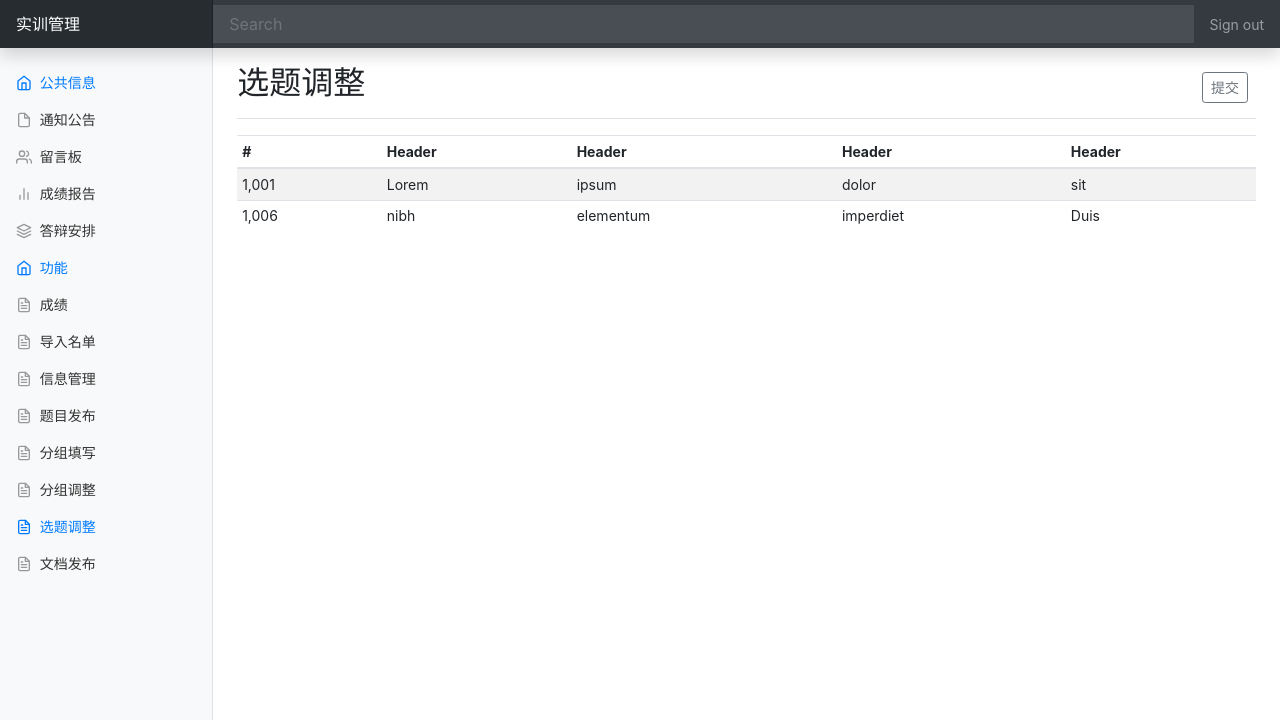
Repository: Kong-T/Practical-training
Page: Administrator/html/Ad_teacher_info.html
These files come from the project's save history. The page is drawn as it stood at one moment and after the next save; the edit follows.
The browser window is 1280 px wide. The pictures show the whole page.
The page's requests for data from a server got no answer. Some web libraries are served in a nearby version.

Above is the page before, as saved 2020-12-14 16:09:39.
Console error: TypeError: Cannot read properties of null (reading 'length')

### Administrator/html/Ad_teacher_info.html
<!doctype html>
<html lang="en">

<head>
  <meta charset="utf-8">
  <meta name="viewport" content="width=device-width, initial-scale=1, shrink-to-fit=no">
  <meta name="description" content="">
  <meta name="author" content="Mark Otto, Jacob Thornton, and Bootstrap contributors">
  <meta name="generator" content="Jekyll v4.0.1">
  <title> Ad_教师信息</title>

  <link rel="canonical" href="https://getbootstrap.com/docs/4.5/examples/dashboard/">

  <!-- Bootstrap core CSS -->
  <link href="../../assets4.5/dist/css/bootstrap.css" rel="stylesheet">

  <style>
    .bd-placeholder-img {
      font-size: 1.125rem;
      text-anchor: middle;
      -webkit-user-select: none;
      -moz-user-select: none;
      -ms-user-select: none;
      user-select: none;
    }

    @media (min-width: 768px) {
      .bd-placeholder-img-lg {
        font-size: 3.5rem;
      }
    }
  </style>

  <!-- Custom styles for this template -->
  <link href="../css/dashboard.css" rel="stylesheet">
</head>

<body>
  <nav class="navbar navbar-dark sticky-top bg-dark flex-md-nowrap p-0 shadow">
    <a class="navbar-brand col-md-3 col-lg-2 mr-0 px-3" href="#">实训管理</a>
    <button class="navbar-toggler position-absolute d-md-none collapsed" type="button" data-toggle="collapse"
      data-target="#sidebarMenu" aria-controls="sidebarMenu" aria-expanded="false" aria-label="Toggle navigation">
      <span class="navbar-toggler-icon"></span>
    </button>
    <input class="form-control form-control-dark w-100" type="text" placeholder="Search" aria-label="Search">
    <ul class="navbar-nav px-3">
      <li class="nav-item text-nowrap">
        <a class="nav-link" href="#">Sign out</a>
      </li>
    </ul>
  </nav>


  <div class="container-fluid">
    <div class="row">
      <nav id="sidebarMenu" class="col-md-3 col-lg-2 d-md-block bg-light sidebar collapse">
        <div class="sidebar-sticky pt-3">
          <ul class="nav flex-column">
            <li class="nav-item">
              <a class="nav-link active" href="#">
                <span data-feather="home"></span>
                公共信息 <span class="sr-only">(current)</span>
              </a>
            </li>
            <li class="nav-item">
              <a class="nav-link" href="#">
                <span data-feather="file"></span>
                通知公告
              </a>
            </li>

            <li class="nav-item">
              <a class="nav-link" href="#">
                <span data-feather="users"></span>
                留言板
              </a>
            </li>
            <li class="nav-item">
              <a class="nav-link" href="#">
                <span data-feather="bar-chart-2"></span>
                成绩报告
              </a>
            </li>
            <li class="nav-item">
              <a class="nav-link" href="#">
                <span data-feather="layers"></span>
                答辩安排
              </a>
            </li>
          </ul>

          <a class="nav-link active" href="#">
            <span data-feather="home"></span>
            功能 <span class="sr-only">(current)</span>
          </a>
          <!-- <h6 class="sidebar-heading d-flex justify-content-between align-items-center px-3 mt-4 mb-1 text-muted">
          <span>功能</span> -->
          <!-- <a class="d-flex align-items-center text-muted" href="#" aria-label="Add a new report">
            <span data-feather="plus-circle"></span>
          </a> -->
          </h6>
          <ul class="nav flex-column mb-2">
            <li class="nav-item">
              <a class="nav-link" href="#">
                <span data-feather="file-text"></span>
                成绩
              </a>
            </li>
            <li class="nav-item">
              <a class="nav-link" href="#">
                <span data-feather="file-text"></span>
                导入名单
              </a>
            </li>
            <li class="nav-item">
              <a class="nav-link" href="#">
                <span data-feather="file-text"></span>
                信息管理
              </a>
            </li>
            <li class="nav-item">
              <a class="nav-link" href="#">
                <span data-feather="file-text"></span>
                题目发布
              </a>
            </li>
            <li class="nav-item">
              <a class="nav-link" href="#">
                <span data-feather="file-text"></span>
                分组填写
              </a>
            </li>
            <li class="nav-item">
              <a class="nav-link" href="#">
                <span data-feather="file-text"></span>
                分组调整
              </a>
            </li>
            <li class="nav-item">
              <a class="nav-link active" href="#">
                <span data-feather="file-text"></span>
                选题调整
              </a>
            </li>
            <li class="nav-item">
              <a class="nav-link" href="#">
                <span data-feather="file-text"></span>
                文档发布
              </a>
            </li>
          </ul>
        </div>
      </nav>

      <main role="main" class="col-md-9 ml-sm-auto col-lg-10 px-md-4">
 <div class="d-flex justify-content-between flex-wrap flex-md-nowrap align-items-center pt-3 pb-2 mb-3 border-bottom">
        <h1 class="h2">选题调整</h1>
        <div class="btn-toolbar mb-2 mb-md-0">
          <div class="btn-group mr-2">
            <button type="bustton" class="btn btn-sm btn-outline-secondary">提交</button>
            <!-- <button type="button" class="btn btn-sm btn-outline-secondary">Export</button> -->
          </div>
          <!-- <button type="button" class="btn btn-sm btn-outline-secondary dropdown-toggle">
            <span data-feather="calendar"></span>
            This week
          </button> -->
        </div>
      </div>

        <div class="table-responsive">
          <table class="table table-striped table-sm" id="tbody1">
            <thead>
              <tr>
                <th>#</th>
                <th>Header</th>
                <th>Header</th>
                <th>Header</th>
                <th>Header</th>
              </tr>
            </thead>
            <tbody>
              <tr>
                <td>1,001</td>
                <td>Lorem</td>
                <td>ipsum</td>
                <td>dolor</td>
                <td>sit</td>
              </tr>
              <tr>
                <td>1,006</td>
                <td>nibh</td>
                <td>elementum</td>
                <td>imperdiet</td>
                <td>Duis</td>
              </tr>


            </tbody>
          </table>
        </div>
      </main>
    </div>
  </div>
  <script src="https://cdn.bootcdn.net/ajax/libs/jquery/3.5.1/jquery.js"></script>
  <script src="https://code.jquery.com/jquery-3.5.1.slim.min.js"
    integrity="sha384-DfXdz2htPH0lsSSs5nCTpuj/zy4C+OGpamoFVy38MVBnE+IbbVYUew+OrCXaRkfj"
    crossorigin="anonymous"></script>
  <script>window.jQuery || document.write('<script src="../../assets4.5/js/vendor/jquery.slim.min.js"><\/script>')</script>
  <script src="../../assets4.5/dist/js/bootstrap.bundle.js"></script>
  <script src="https://cdnjs.cloudflare.com/ajax/libs/feather-icons/4.9.0/feather.min.js"></script>
  <script src="https://cdnjs.cloudflare.com/ajax/libs/Chart.js/2.7.3/Chart.min.js"></script>

  <script src="../js/dashboard.js"></script>

  <script type="text/javascript">
    var jq = jQuery.noConflict();

    window.onload = function () {
      // 请求后端数据
      $.ajax({
        url: "http://localhost:8080/Ad_topic",
        type: "post",
        data: name,
        success: function (data) {
          showData(data);//我们仅做数据展示
        },
        error: function (msg) {
          alert("ajax连接异常：" + msg);
          console.log("error");
        }
      })

      // 展示数据
      function showData(data) {
        var str = "<thead ><tr><th>编号</th><th>题目名称</th><th>选题简介</th><th>提交者</th><th>是否审核通过</th></tr></thead>";//定义用于拼接的字符串
        // console.log(data);
        window.length = data.Topic_title.length
        for (var i = 0; i < data.Topic_title.length; i++) {

          console.log(data.Topic_title);

          j = i * 1 + 1;
          var Topic_titleID = " Topic_title" + i;
          var Topic_detailsID = "Topic_details" + i;
          var TutorID = "Tutor" + i;
          var denyID = "deny" + i;
          var yesID = "yes" + i;
          str += "<tr><td>" + j + "</td><td id=\"" + Topic_titleID + "\">" + data.Topic_title[i] + "</td><td id=\"" + Topic_detailsID + "\">" + data.Topic_details[i] + "</td><td id=\"" + TutorID + "\">" + data.Tutor[i] + "</td><td><input type=\"checkbox\" id = \""+ yesID +"\">是<input type =\"checkbox\" name=\"deny\" id=\"" + denyID + "\"onclick = \"delete_topic()\"" + "\"style = \"margin-left: 10px;\">否</td></tr>"
          console.log(str);

        }
        $("#tbody1").html(str);
      }


      var Topic_title = new Array();//声明一个放title的数组
      var btns = document.getElementsByTagName("button");//获取所有btn对象

      //管理员操作
      //设置不能同时选择是和否
      $(function () {
        $('table').on('click', 'input', function () {
          // console.log($('this').html);
          console.log("ta")
          var now = this;
          $('input').each(function (i, e) {
            if (now !== e) {
              $(e).attr('checked', false);
              // console.log(this)
            }
          })
        });
      })
    }

  </script>

  <script>

    $(function () {
      $(document).click(function (e) {
        re = e.target.id;
        console.log("函数内" + re);
        delete_topic(re)
      });
    })

    function delete_topic(e) {
      console.log("获取当前id" + re);
      var temp = re.substring(re.length - 1, re.length);//编号
      var retemp = re.substring(0, re.length-1);//结果
      var titleID = " Topic_title" + temp
      var titleValue = document.getElementById(titleID).innerText //获取topic_title单元格的值

      console.log(temp,retemp,titleID,titleValue)
       // 第三种数组的定义
      //  0:待审核 1：通过 -1：不通过
     var topic={
          "topicname":new Array(5),
          "result":new Array(5)
        };
       console.log(window.length);
        // 必须按顺序填写
      // for (var i = 0; i < window.length; i++) {
        // if(temp ==i){
          // 第三种
          topic.topicname[temp]=titleValue;
          topic.result[temp]=retemp;
          console.log(temp,topic.topicname[temp],topic.result[temp])
        // }
      // }
      console.log(topic)
    }

    //向后台传输title
    function submit() {
      $.ajax({
        type: "POST",
        url: "http://localhost:8080/Ad_topic_1",
        data: JSON.stringify(titleValue), //将JSON对象转为字符串
        dataType: "JSON",
        contentType: "application/json",
        async: 'true',
        beforeSend: function (XMLHttpRequest, settings) {
          //ShowLoading();
          // console.log($.ajax.data);
        },
        success: function () {
          alert("success");
        },
        error: function () {
          //请求出错处理
          console.log("error");
        },
      })
    }
  </script>

</body>

</html>

### Administrator/css/dashboard.css
body {
  font-size: .875rem;
}

.feather {
  width: 16px;
  height: 16px;
  vertical-align: text-bottom;
}

/*
 * Sidebar
 */

.sidebar {
  position: fixed;
  top: 0;
  bottom: 0;
  left: 0;
  z-index: 100; /* Behind the navbar */
  padding: 48px 0 0; /* Height of navbar */
  box-shadow: inset -1px 0 0 rgba(0, 0, 0, .1);
}

@media (max-width: 767.98px) {
  .sidebar {
    top: 5rem;
  }
}

.sidebar-sticky {
  position: relative;
  top: 0;
  height: calc(100vh - 48px);
  padding-top: .5rem;
  overflow-x: hidden;
  overflow-y: auto; /* Scrollable contents if viewport is shorter than content. */
}

@supports ((position: -webkit-sticky) or (position: sticky)) {
  .sidebar-sticky {
    position: -webkit-sticky;
    position: sticky;
  }
}

.sidebar .nav-link {
  font-weight: 500;
  color: #333;
}

.sidebar .nav-link .feather {
  margin-right: 4px;
  color: #999;
}

.sidebar .nav-link.active {
  color: #007bff;
}

.sidebar .nav-link:hover .feather,
.sidebar .nav-link.active .feather {
  color: inherit;
}

.sidebar-heading {
  font-size: .75rem;
  text-transform: uppercase;
}

/*
 * Navbar
 */

.navbar-brand {
  padding-top: .75rem;
  padding-bottom: .75rem;
  font-size: 1rem;
  background-color: rgba(0, 0, 0, .25);
  box-shadow: inset -1px 0 0 rgba(0, 0, 0, .25);
}

.navbar .navbar-toggler {
  top: .25rem;
  right: 1rem;
}

.navbar .form-control {
  padding: .75rem 1rem;
  border-width: 0;
  border-radius: 0;
}

.form-control-dark {
  color: #fff;
  background-color: rgba(255, 255, 255, .1);
  border-color: rgba(255, 255, 255, .1);
}

.form-control-dark:focus {
  border-color: transparent;
  box-shadow: 0 0 0 3px rgba(255, 255, 255, .25);
}

### Administrator/js/dashboard.js
/* globals Chart:false, feather:false */

(function () {
  'use strict'

  feather.replace()

  // Graphs
  var ctx = document.getElementById('myChart')
  // eslint-disable-next-line no-unused-vars
  var myChart = new Chart(ctx, {
    type: 'line',
    data: {
      labels: [
        'Sunday',
        'Monday',
        'Tuesday',
        'Wednesday',
        'Thursday',
        'Friday',
        'Saturday'
      ],
      datasets: [{
        data: [
          15339,
          21345,
          18483,
          24003,
          23489,
          24092,
          12034
        ],
        lineTension: 0,
        backgroundColor: 'transparent',
        borderColor: '#007bff',
        borderWidth: 4,
        pointBackgroundColor: '#007bff'
      }]
    },
    options: {
      scales: {
        yAxes: [{
          ticks: {
            beginAtZero: false
          }
        }]
      },
      legend: {
        display: false
      }
    }
  })
}())

Loaded but not shown: assets4.5/dist/css/bootstrap.css (library); assets4.5/dist/js/bootstrap.bundle.js (library)

After the next save:
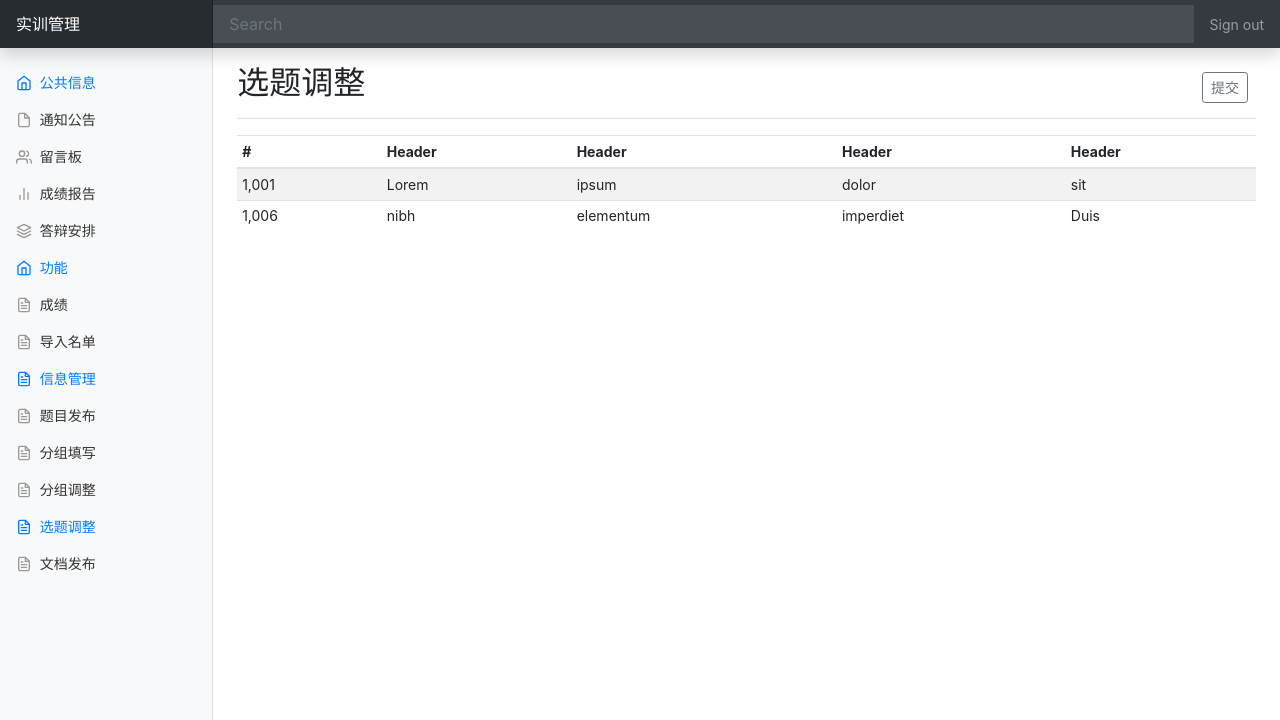
Saved 27 s later.
--- a/Administrator/html/Ad_teacher_info.html
+++ b/Administrator/html/Ad_teacher_info.html
@@ -7,7 +7,7 @@
   <meta name="description" content="">
   <meta name="author" content="Mark Otto, Jacob Thornton, and Bootstrap contributors">
   <meta name="generator" content="Jekyll v4.0.1">
-  <title> Ad_教师信息</title>
+  <title> Ad_信息管理</title>
 
   <link rel="canonical" href="https://getbootstrap.com/docs/4.5/examples/dashboard/">
 
@@ -113,7 +113,7 @@
               </a>
             </li>
             <li class="nav-item">
-              <a class="nav-link" href="#">
+              <a class="nav-link active" href="#">
                 <span data-feather="file-text"></span>
                 信息管理
               </a>
